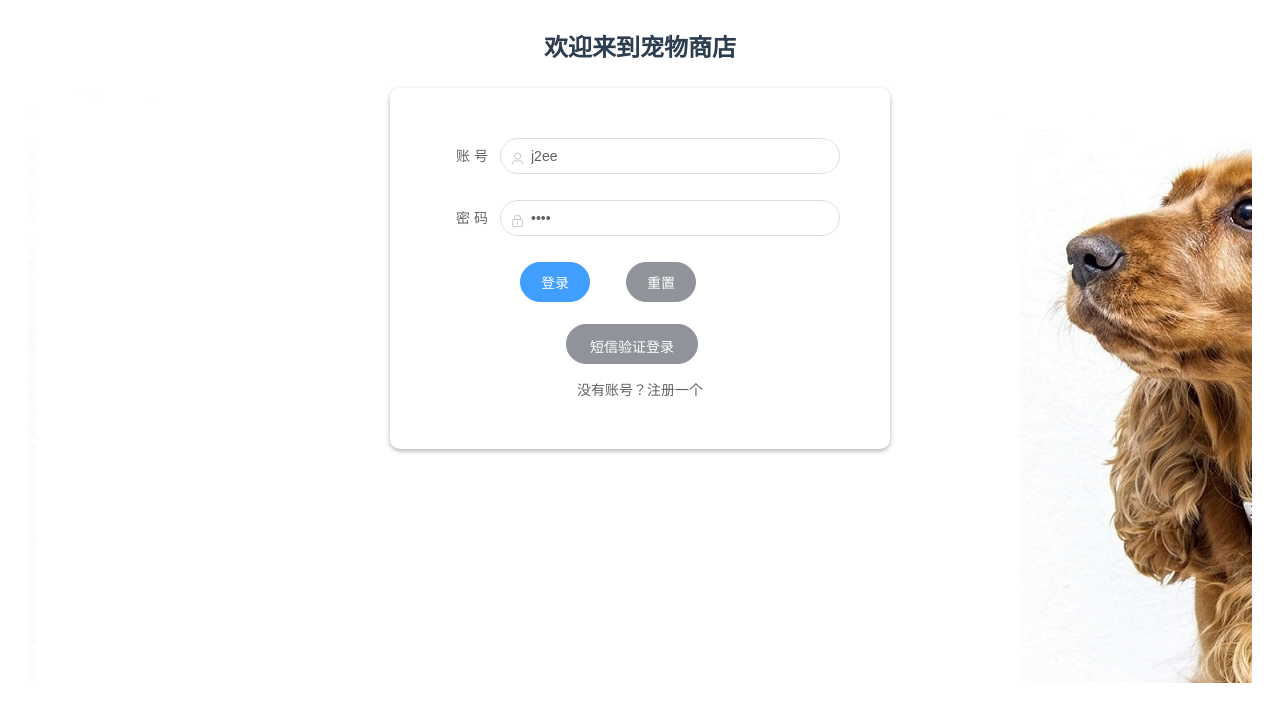
Repository: BreezeDoudou/hellovue
Page: /
The author's editor kept a copy of each file at every save. The page is drawn from the files as they stood at one save, then again after the next save.
The browser window is 1280 px wide. The pictures show the whole page.
The project was rebuilt for these pictures with package versions that can differ from the ones it lists, and the page was loaded fresh each time. Also part of the build but not shown: src/components/appcomonents/test.vue, src/views/index.vue, src/components/appcomonents/navbar.vue, src/components/HelloWorld.vue, src/components/account/selfaccount.vue, src/components/account/editForm.vue, src/components/appcomonents/main.vue, src/components/appcomonents/productForm.vue and 4 more. Imported but missing from the stored project, and not drawn on this page: src/components/appcomonents/menu.vue.

Above is the page before, as saved 2023-05-18 23:45:27.

After the next save:
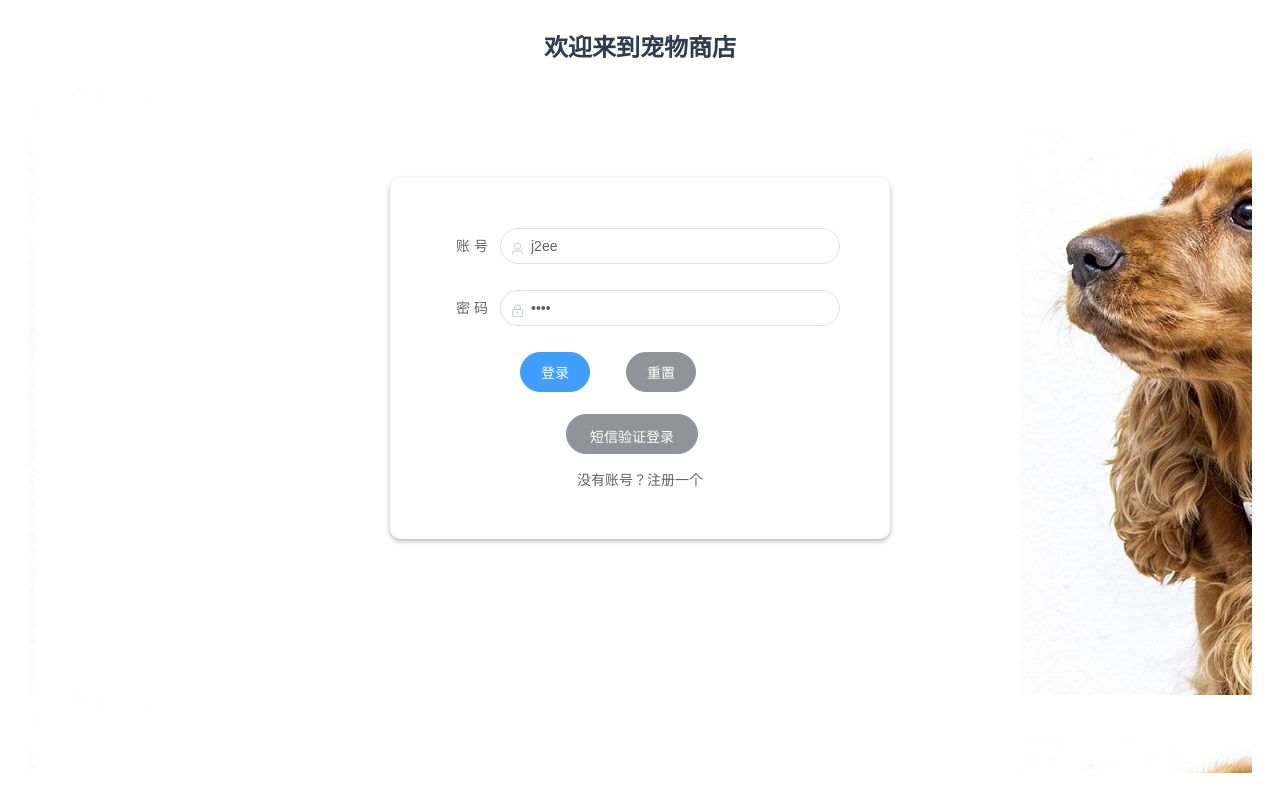
Saved 17 s later.
--- a/src/components/account/login.vue
+++ b/src/components/account/login.vue
@@ -1,5 +1,10 @@
 <template>
 <div id="background">
+  <br>
+  <br>
+  <br>
+  <br>
+  <br>
   <el-form :model="ruleForm" :rules="rules" ref="ruleForm" label-width="60px"  hide-required-asterisk size="medium"
      validate-on-rule-change>
     <el-form-item label="账  号" prop="username">
